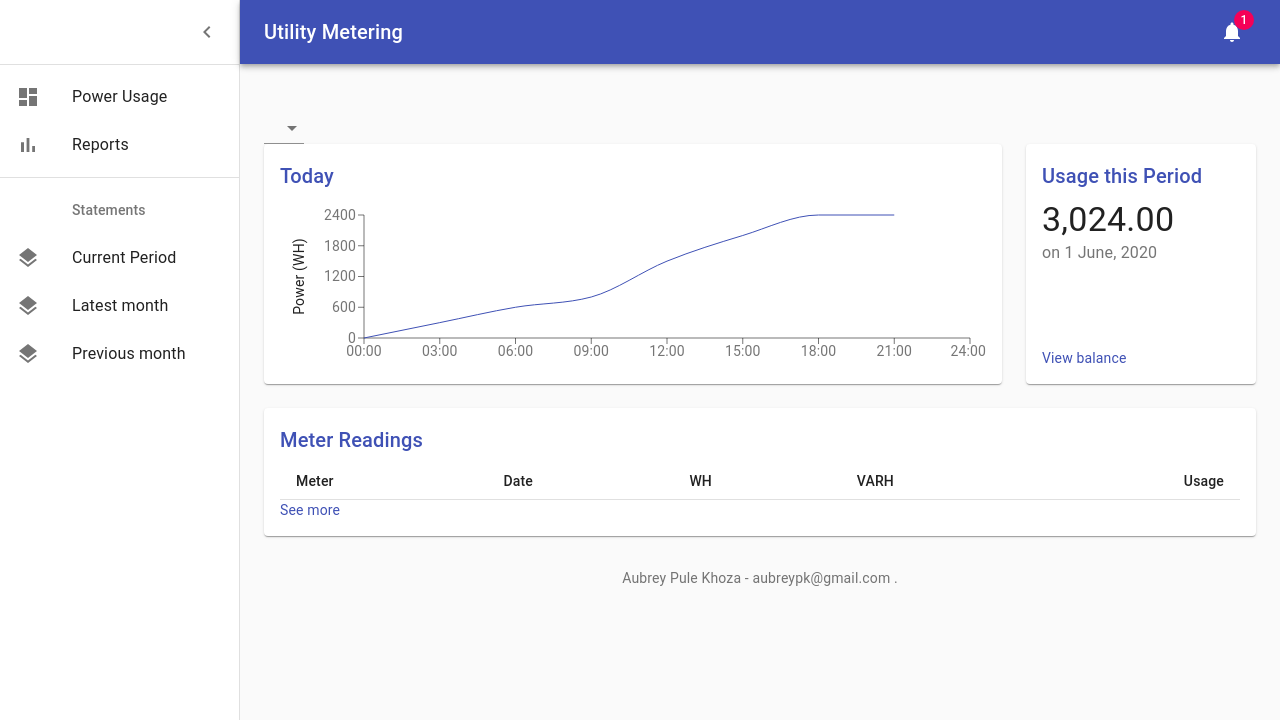
Repository: aubreypk/utilities-metering
Page: / (app in utilities-metering-app/)
These files come from the project's save history. The page is drawn as it stood at one moment and after the next save; the edit follows.
The browser window is 1280 px wide. The pictures show the whole page.
The page's requests for data from a server got no answer. The project was rebuilt for these pictures with package versions that can differ from the ones it lists, and the page was loaded fresh each time. No one was signed in, and anything a server would have sent is missing. Also part of the build but not shown: utilities-metering-app/src/App.css.

Above is the page before, as saved 2020-06-01 09:44:51.

### utilities-metering-app/src/index.js
import React from 'react';
import ReactDOM from 'react-dom';
import './index.css';
import App from './App';
import * as serviceWorker from './serviceWorker';

ReactDOM.render(
  <React.StrictMode>
    <App />
  </React.StrictMode>,
  /*<BrowserRouter>
    <App />
  </BrowserRouter>,*/
  document.getElementById('root')
);

// If you want your app to work offline and load faster, you can change
// unregister() to register() below. Note this comes with some pitfalls.
// Learn more about service workers: https://bit.ly/CRA-PWA
serviceWorker.unregister();

### utilities-metering-app/src/App.js
import React, { Component } from 'react'
import Dashboard from './components/Dashboard'

//import { BrowserRouter as Router, Switch, Route, Link } from "react-router-dom";

import './App.css';

class App extends Component {
  render() {
    return (
      <div>
        <Dashboard />
      </div>
    )
  }
}

export default App;

### utilities-metering-app/src/components/Dashboard.js
import React, { useState } from 'react';
import clsx from 'clsx';
import { makeStyles } from '@material-ui/core/styles';
import CssBaseline from '@material-ui/core/CssBaseline';
import Drawer from '@material-ui/core/Drawer';
import Box from '@material-ui/core/Box';
import AppBar from '@material-ui/core/AppBar';
import Toolbar from '@material-ui/core/Toolbar';
import List from '@material-ui/core/List';
import Typography from '@material-ui/core/Typography';
import Divider from '@material-ui/core/Divider';
import IconButton from '@material-ui/core/IconButton';
import Badge from '@material-ui/core/Badge';
import Container from '@material-ui/core/Container';
import Grid from '@material-ui/core/Grid';
import Paper from '@material-ui/core/Paper';
import Link from '@material-ui/core/Link';
import MenuIcon from '@material-ui/icons/Menu';
import ChevronLeftIcon from '@material-ui/icons/ChevronLeft';
import NotificationsIcon from '@material-ui/icons/Notifications';
import { mainListItems, secondaryListItems } from './Sidebar';
import PowerChart from './PowerChart';
import TotalPower from './TotalPower';
import PowerReadings from './PowerReadings';
import MetersList from './MetersList';

function Copyright() {
  return (
    <Typography variant="body2" color="textSecondary" align="center">

      <Link color="inherit" href="mailto:aubreypk@gmail.com">
        Aubrey Pule Khoza - aubreypk@gmail.com
      </Link>{' '}

      {'.'}
    </Typography>
  );
}

const drawerWidth = 240;

const useStyles = makeStyles((theme) => ({
  root: {
    display: 'flex',
  },
  toolbar: {
    paddingRight: 24, // keep right padding when drawer closed
  },
  toolbarIcon: {
    display: 'flex',
    alignItems: 'center',
    justifyContent: 'flex-end',
    padding: '0 8px',
    ...theme.mixins.toolbar,
  },
  appBar: {
    zIndex: theme.zIndex.drawer + 1,
    transition: theme.transitions.create(['width', 'margin'], {
      easing: theme.transitions.easing.sharp,
      duration: theme.transitions.duration.leavingScreen,
    }),
  },
  appBarShift: {
    marginLeft: drawerWidth,
    width: `calc(100% - ${drawerWidth}px)`,
    transition: theme.transitions.create(['width', 'margin'], {
      easing: theme.transitions.easing.sharp,
      duration: theme.transitions.duration.enteringScreen,
    }),
  },
  menuButton: {
    marginRight: 36,
  },
  menuButtonHidden: {
    display: 'none',
  },
  title: {
    flexGrow: 1,
  },
  drawerPaper: {
    position: 'relative',
    whiteSpace: 'nowrap',
    width: drawerWidth,
    transition: theme.transitions.create('width', {
      easing: theme.transitions.easing.sharp,
      duration: theme.transitions.duration.enteringScreen,
    }),
  },
  drawerPaperClose: {
    overflowX: 'hidden',
    transition: theme.transitions.create('width', {
      easing: theme.transitions.easing.sharp,
      duration: theme.transitions.duration.leavingScreen,
    }),
    width: theme.spacing(7),
    [theme.breakpoints.up('sm')]: {
      width: theme.spacing(9),
    },
  },
  appBarSpacer: theme.mixins.toolbar,
  content: {
    flexGrow: 1,
    height: '100vh',
    overflow: 'auto',
  },
  container: {
    paddingTop: theme.spacing(4),
    paddingBottom: theme.spacing(4),
  },
  paper: {
    padding: theme.spacing(2),
    display: 'flex',
    overflow: 'auto',
    flexDirection: 'column',
  },
  fixedHeight: {
    height: 240,
  },
  singleHeight: {
    height: 50,
  },
}));

export default function Dashboard() {
  const classes = useStyles();
  const [open, setOpen] = React.useState(true);
  const handleDrawerOpen = () => {
    setOpen(true);
  };
  const handleDrawerClose = () => {
    setOpen(false);
  };
  const fixedHeightPaper = clsx(classes.paper, classes.fixedHeight);
  //const singleHeightPaper = clsx(classes.paper, classes.SingleHeight);
  const [meterNumber, setMeterNumber] = useState('');
  const meterNumberCallback = (childData) => {
    setMeterNumber(childData)
  };
  //const handleMeterNumberChange = () => {
  //  setMeterNumber(meterNumber: serial)
  //}
  //TODO: move fetch data to this level and pass that instead of serial. duplicate fetch in sub-components

  return (
    <div className={classes.root}>
      <CssBaseline />
      <AppBar position="absolute" className={clsx(classes.appBar, open && classes.appBarShift)}>
        <Toolbar className={classes.toolbar}>
          <IconButton
            edge="start"
            color="inherit"
            aria-label="open drawer"
            onClick={handleDrawerOpen}
            className={clsx(classes.menuButton, open && classes.menuButtonHidden)}
          >
            <MenuIcon />
          </IconButton>
          <Typography component="h1" variant="h6" color="inherit" noWrap className={classes.title}>
            Utility Metering
          </Typography>
          <IconButton color="inherit">
            <Badge badgeContent={1} color="secondary">
              <NotificationsIcon />
            </Badge>
          </IconButton>
        </Toolbar>
      </AppBar>
      <Drawer
        variant="permanent"
        classes={{
          paper: clsx(classes.drawerPaper, !open && classes.drawerPaperClose),
        }}
        open={open}
      >
        <div className={classes.toolbarIcon}>
          <IconButton onClick={handleDrawerClose}>
            <ChevronLeftIcon />
          </IconButton>
        </div>
        <Divider />
        <List>{mainListItems}</List>
        <Divider />
        <List>{secondaryListItems}</List>
      </Drawer>
      <main className={classes.content}>
        <div className={classes.appBarSpacer} />
        <Container maxWidth="lg" className={classes.container}>
            {/* Meter Selection */}
            <MetersList meterNumber={meterNumber} meterNumberCallback = {meterNumberCallback}/>

          <Grid container spacing={3}>
            {/* Power Chart */}
            <Grid item xs={12} md={8} lg={9}>
              <Paper className={fixedHeightPaper}>
                <PowerChart meterNumber={meterNumber}/>
              </Paper>
            </Grid>
            {/* Total Power Usage */}
            <Grid item xs={12} md={4} lg={3}>
              <Paper className={fixedHeightPaper}>
                <TotalPower meterNumber={meterNumber}/>
              </Paper>
            </Grid>
            {/* List readings */}
            <Grid item xs={12}>
              <Paper className={classes.paper}>
                <PowerReadings meterNumber={meterNumber}/>
              </Paper>
            </Grid>
          </Grid>
          <Box pt={4}>
            <Copyright />
          </Box>
        </Container>
      </main>
    </div>
  );
}

### utilities-metering-app/src/components/Sidebar.js
import React from 'react';
import ListItem from '@material-ui/core/ListItem';
import ListItemIcon from '@material-ui/core/ListItemIcon';
import ListItemText from '@material-ui/core/ListItemText';
import ListSubheader from '@material-ui/core/ListSubheader';
import DashboardIcon from '@material-ui/icons/Dashboard';
import BarChartIcon from '@material-ui/icons/BarChart';
import LayersIcon from '@material-ui/icons/Layers';
//import AssignmentIcon from '@material-ui/icons/Assignment';

export const mainListItems = (
  <div>
    <ListItem button>
      <ListItemIcon>
        <DashboardIcon />
      </ListItemIcon>
      <ListItemText primary="Power Usage" />
    </ListItem>
    <ListItem button>
      <ListItemIcon>
        <BarChartIcon />
      </ListItemIcon>
      <ListItemText primary="Reports" />
    </ListItem>
  </div>
);

export const secondaryListItems = (
  <div>
    <ListSubheader inset>Statements</ListSubheader>
    <ListItem button>
      <ListItemIcon>
        <LayersIcon />
      </ListItemIcon>
      <ListItemText primary="Current Period" />
    </ListItem>
    <ListItem button>
      <ListItemIcon>
        <LayersIcon />
      </ListItemIcon>
      <ListItemText primary="Latest month" />
    </ListItem>
    <ListItem button>
      <ListItemIcon>
        <LayersIcon />
      </ListItemIcon>
      <ListItemText primary="Previous month" />
    </ListItem>
  </div>
);

### utilities-metering-app/src/components/PowerChart.js
import React from 'react';
import { useTheme } from '@material-ui/core/styles';
import { LineChart, Line, XAxis, YAxis, Label, ResponsiveContainer } from 'recharts';
import Header from './Header';

// Generate Sales Data
function createData(time, amount) {
  return { time, amount };
}

const data = [
  createData('00:00', 0),
  createData('03:00', 300),
  createData('06:00', 600),
  createData('09:00', 800),
  createData('12:00', 1500),
  createData('15:00', 2000),
  createData('18:00', 2400),
  createData('21:00', 2400),
  createData('24:00', undefined),
];

export default function PowerChart() {
  const theme = useTheme();

  return (
    <React.Fragment>
      <Header>Today</Header>
      <ResponsiveContainer>
        <LineChart
          data={data}
          margin={{
            top: 16,
            right: 16,
            bottom: 0,
            left: 24,
          }}
        >
          <XAxis dataKey="time" stroke={theme.palette.text.secondary} />
          <YAxis stroke={theme.palette.text.secondary}>
            <Label
              angle={270}
              position="left"
              style={{ textAnchor: 'middle', fill: theme.palette.text.primary }}
            >
              Power (WH)
            </Label>
          </YAxis>
          <Line type="monotone" dataKey="amount" stroke={theme.palette.primary.main} dot={false} />
        </LineChart>
      </ResponsiveContainer>
    </React.Fragment>
  );
}

### utilities-metering-app/src/components/TotalPower.js
import React from 'react';
import Link from '@material-ui/core/Link';
import { makeStyles } from '@material-ui/core/styles';
import Typography from '@material-ui/core/Typography';
import Header from './Header';

function preventDefault(event) {
  event.preventDefault();
}

const useStyles = makeStyles({
  depositContext: {
    flex: 1,
  },
});

export default function TotalPower() {
  const classes = useStyles();
  return (
    <React.Fragment>
      <Header>Usage this Period</Header>
      <Typography component="p" variant="h4">
        3,024.00
      </Typography>
      <Typography color="textSecondary" className={classes.depositContext}>
        on 1 June, 2020
      </Typography>
      <div>
        <Link color="primary" href="#" onClick={preventDefault}>
          View balance
        </Link>
      </div>
    </React.Fragment>
  );
}

### utilities-metering-app/src/components/PowerReadings.js
import React, { Component } from 'react';
import Link from '@material-ui/core/Link';
import Table from '@material-ui/core/Table';
import TableBody from '@material-ui/core/TableBody';
import TableCell from '@material-ui/core/TableCell';
import TableHead from '@material-ui/core/TableHead';
import TableRow from '@material-ui/core/TableRow';
import axios from 'axios';
import Header from './Header';

function preventDefault(event) {
  event.preventDefault();
}

export default class PowerReadings extends Component {

  constructor(props) {
    super(props)
    this.state = {
      readings: []
    };
  }

  componentDidMount() {
    axios.get('http://localhost:4000/readings/get-serial-readings/' + this.props.meterNumber)
    //axios.get('http://localhost:4000/readings/')
      .then(res => {
        this.setState({
          readings: res.data
        });
      })
      .catch((error) => {
        console.log(error);
      })
  }

  render() {
    return (
      <React.Fragment>
        <Header>Meter Readings</Header>
        <Table size="small">
          <TableHead>
            <TableRow>
              <TableCell>Meter</TableCell>
              <TableCell>Date</TableCell>
              <TableCell>WH</TableCell>
              <TableCell>VARH</TableCell>
              <TableCell align="right">Usage</TableCell>
            </TableRow>
          </TableHead>
          <TableBody>
            {this.state.readings.map((row) => (
              <TableRow key={row.id}>
                <TableCell>{row.serial}</TableCell>
                <TableCell>{row.readingDateTimeUTC}</TableCell>
                <TableCell>{row.WH}</TableCell>
                <TableCell>{row.VARH}</TableCell>
                {/* TODO: calculate usage */}
                <TableCell align="right">{}</TableCell>
              </TableRow>
            ))}
          </TableBody>
        </Table>
        <div>
          <Link color="primary" href="#" onClick={preventDefault}>
            See more
          </Link>
        </div>
      </React.Fragment>
    );
  }
}

### utilities-metering-app/src/components/MetersList.js
import React, { Component } from 'react';
import { makeStyles } from '@material-ui/core/styles';
import InputLabel from '@material-ui/core/InputLabel';
import MenuItem from '@material-ui/core/MenuItem';
import FormControl from '@material-ui/core/FormControl';
import Select from '@material-ui/core/Select';

const useStyles = makeStyles((theme) => ({
  formControl: {
    margin: theme.spacing(1),
    minWidth: 120,
  },
  selectEmpty: {
    marginTop: theme.spacing(2),
  },
}));

export default class MetersList extends Component {
//export default function MetersList() {
  //classes = useStyles();

  handleChange = (event) => {
    this.props.meterNumberCallback(event.target.value);
  };

  render() {
  return (
    <div>
      <FormControl class="formControl">
        <InputLabel id="meter-select-label">Meter Number</InputLabel>
        <Select
          labelId="meter-select-label"
          id="meter-select"
          value={this.props.meterNumber}
          onChange={this.handleChange}
        >
          {/* TODO: pull meter numbers from db data */}
          <MenuItem value={"METER000001"}>METER000001</MenuItem>
          <MenuItem value={"METER000002"}>METER000002</MenuItem>
        </Select>
      </FormControl>
    </div>
  );
  }
}

### utilities-metering-app/src/components/Header.js
import React from 'react';
import PropTypes from 'prop-types';
import Typography from '@material-ui/core/Typography';

export default function Header(props) {
  return (
    <Typography component="h2" variant="h6" color="primary" gutterBottom>
      {props.children}
    </Typography>
  );
}

Header.propTypes = {
  children: PropTypes.node,
};

Loaded but not shown: utilities-metering-app/public/index.html (common file); utilities-metering-app/src/index.css (common file); utilities-metering-app/src/serviceWorker.js (common file)

After the next save:
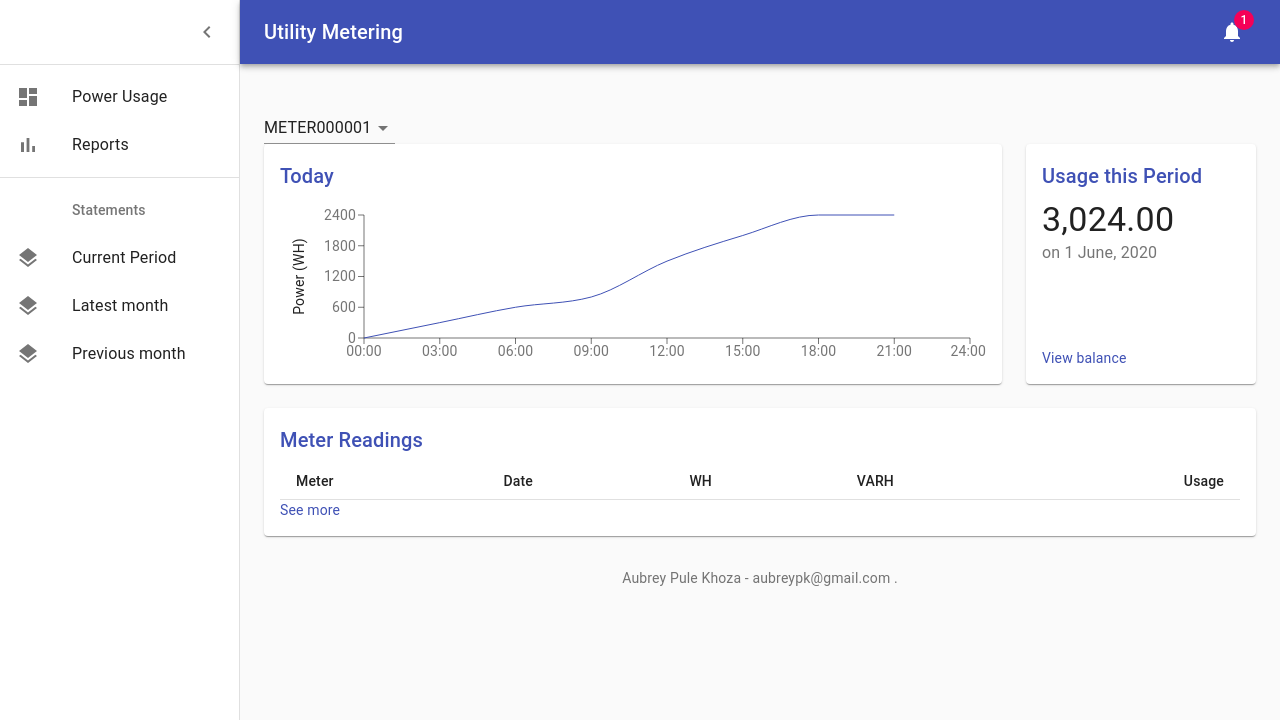
Saved 40 s later.
--- a/utilities-metering-app/src/components/Dashboard.js
+++ b/utilities-metering-app/src/components/Dashboard.js
@@ -132,7 +132,7 @@ export default function Dashboard() {
   };
   const fixedHeightPaper = clsx(classes.paper, classes.fixedHeight);
   //const singleHeightPaper = clsx(classes.paper, classes.SingleHeight);
-  const [meterNumber, setMeterNumber] = useState('');
+  const [meterNumber, setMeterNumber] = useState('METER000001'); // get first on list
   const meterNumberCallback = (childData) => {
     setMeterNumber(childData)
   };
